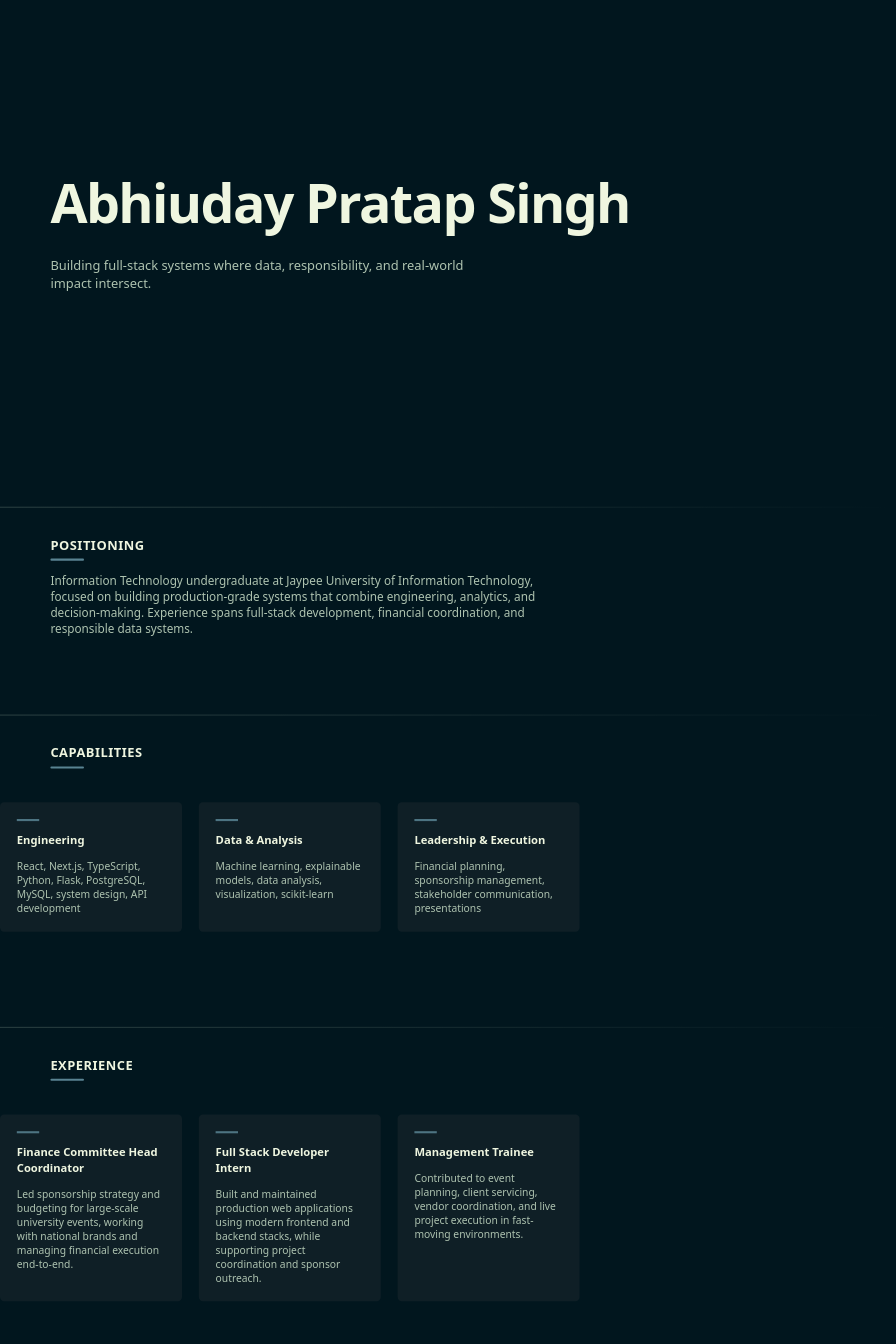
Repository: PratapOP/main-portfolio
Page: / (app in frontend/)
The author's editor kept a copy of each file at every save. The page is drawn from the files as they stood at one save, then again after the next save.
The browser window is 1280 px wide. The pictures show the part of the page from y = 0 to 1920 px (the page is 3543 px tall before and 4199 px after), at 70% of full size.
The project was rebuilt for these pictures with package versions that can differ from the ones it lists, and the page was loaded fresh each time. Also part of the build but not shown: frontend/vite.config.js.

Above is the page before, as saved 2026-01-01 18:34:58.

After the next save:
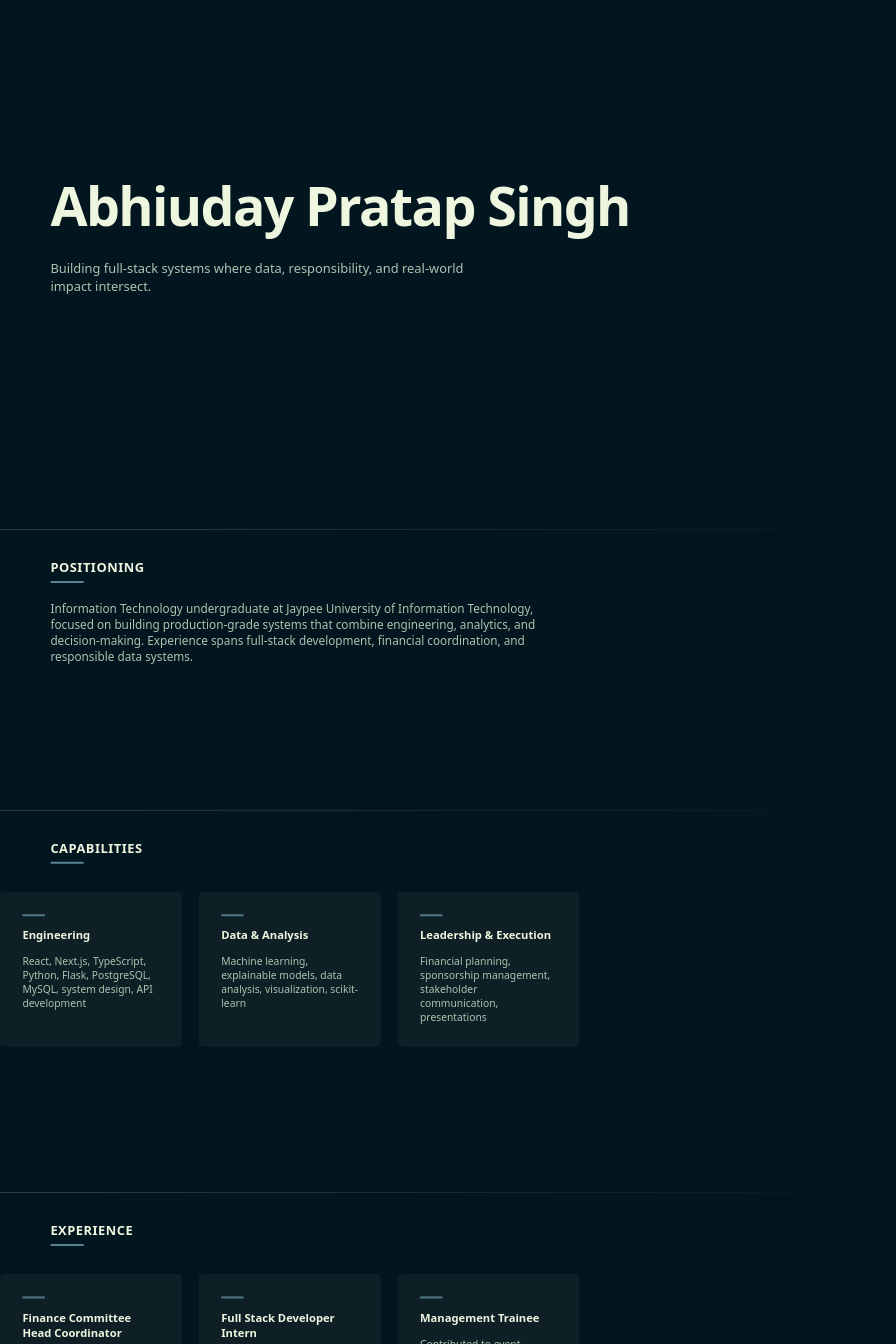
Saved 50 s later.
--- a/frontend/src/styles.css
+++ b/frontend/src/styles.css
@@ -265,3 +265,48 @@
     .section-inner + .row {
     margin-top: var(--md);
     }
+/* ============================================================
+   SPACING REFINEMENT PASS (CINEMATIC RHYTHM)
+   ============================================================ */
+
+/* Increase separation after hero */
+.hero + .section {
+  padding-top: var(--xl);
+}
+
+/* Calm vertical rhythm between sections */
+.section {
+  padding-top: var(--xl);
+  padding-bottom: calc(var(--xl) + var(--md));
+}
+
+/* Titles need more authority space */
+.section-title {
+  margin-bottom: var(--md);
+}
+
+/* Text blocks should not collide with rows */
+.section-text {
+  margin-bottom: var(--lg);
+}
+
+/* Rows breathe better horizontally */
+.row {
+  padding-top: var(--sm);
+  padding-bottom: var(--lg);
+}
+
+/* Cards feel less cramped */
+.card {
+  padding: calc(var(--md) + var(--xs));
+}
+
+/* Prevent card hover from visually colliding */
+.card:hover {
+  margin-top: -4px;
+}
+
+/* Contact section deserves closure space */
+.contact {
+  padding-top: var(--xxl);
+}
